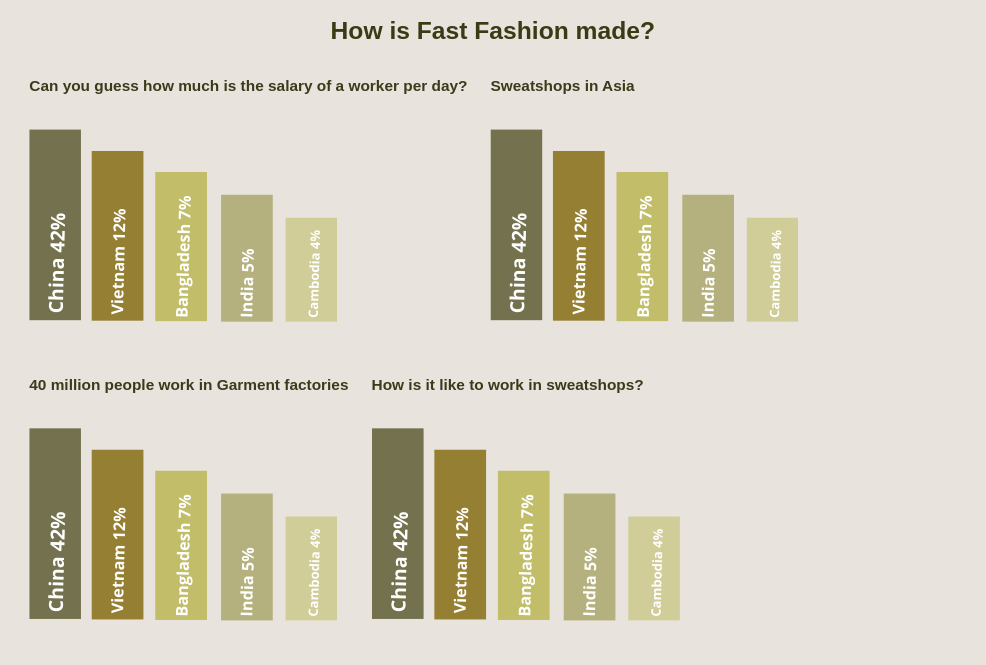
Repository: DevOfHockey/mdia-2190-midterm
Page: fashionlabor.html
The author's editor kept a copy of each file at every save. The page is drawn from the files as they stood at one save, then again after the next save.
The browser window is 1280 px wide. The pictures show the whole page, at 77% of full size.

Above is the page before, as saved 2022-03-01 18:40:21.
Console error: TypeError: Cannot set properties of null (setting 'src')

### fashionlabor.html
<!DOCTYPE html>
<html>
  <head>
    <title>Fashion Labor</title>
    <script src="comps/header.js"></script>
    <script src="comps/subheading.js"></script>
    <script src="comps/infobox.js"></script>
  </head>
  <!-- CSS STYLESHEET -->
  <style>
    body {
        background-color: #e8e3dc;
        text-align: center;
        font-family: Arial, Helvetica, sans-serif;
        }
    .left {
        display: flex;
        flex-direction: row;
        flex-wrap: wrap;
    }
</style>

<!-- HTML -->
<!-- Header -->
  <body>
    <the-header
      name="Sample Header">
    </the-header>
    <the-subheading
      name="Sample Sub-heading">
    </the-subheading>

<!-- Images with Info-->
    <div class="left">
    <the-info
      name="Can you guess how much is the salary of a worker per day?">
    </the-info>
    <the-info
      name="Sweatshops in Asia">
    </the-info>



    <the-info
      name="40 million people work in Garment factories">
    </the-info>
    <the-info
      name="How is it like to work in sweatshops?">
    </the-info>
    </div>
  </body>
</html>

### comps/header.js
var template_header = document.createElement("template"); //<template> </template> RULE

//To-do - CREATE THE UI HERE!
template_header.innerHTML = `
<div class = "header">
<h1> How is Fast Fashion made? </h1>
</div>
<style>
h1 {
    color: #393b14;
}
</style>
`;

//MUST HAVE - CREATE A CLASS WITH HTMLELEMENT POWERS (interfaces/functionalities)
class TheHeader extends HTMLElement {

    //MUST HAVE - CREATE A CONSTRUCTOR TO DO INITAL ASSOCIATIONS
    constructor(){
        super(); //pass on the HTMLElement super powers!
        this.attachShadow({mode:"open"}) //Attach it to the shadowRoot

        //To-do - CREATE THE STATES FOR THE UI HERE!
    }

    //MUST HAVE - FUNCTION THAT RUNS AFTER IT'S CONNECTED
    connectedCallback(){
        this.shadowRoot.appendChild(template_header.content.cloneNode(true)); //use the template to make a clone
    }

    //To-do - CREATE THE FUNCTIONALITIES HERE!
}

//MUST HAVE - define the tag for the custom elements
customElements.define("the-header", TheHeader)

### comps/infobox.js
//MUST HAVE - CREATE A TEMPLATE TAG
var template_info = document.createElement("template"); //<template> </template> RULE

//To-do - CREATE THE UI HERE!
template_info.innerHTML = `
<div id = "info_cont">
<h3>Info Title<h3>
<img id='image' src='/imgs/sweatshopsgraph.svg' />
</div>

<style>
h3 {
    font-size: 20px;
    font-weight: bold;
    color: #393B1A;
    text-align: left;
    margin-left: 30px;
}

#image {
    width: 400px;
    height: 300px;
}
`;

//MUST HAVE - CREATE A CLASS WITH HTMLELEMENT POWERS (interfaces/functionalities)
class TheInfo extends HTMLElement {

    //MUST HAVE - CREATE A CONSTRUCTOR TO DO INITAL ASSOCIATIONS
    constructor(){
        super(); //pass on the HTMLElement super powers!
        this.attachShadow({mode:"open"}) //Attach it to the shadowRoot

        //To-do - CREATE THE STATES FOR THE UI HERE!
    }

    //MUST HAVE - FUNCTION THAT RUNS AFTER IT'S CONNECTED
    connectedCallback(){
        this.shadowRoot.appendChild(template_info.content.cloneNode(true)); //use the template to make a clone
        //console.log(this.getAttribute("name"))
        if(this.getAttribute("name"))
        this.shadowRoot.querySelector("#info_cont > h3").innerText = this.getAttribute("name");
        this.shadowRoot.querySelector("#info_cont > image").src = this.getAttribute("img");

    }

    //To-do - CREATE THE FUNCTIONALITIES HERE!
}

//MUST HAVE - define the tag for the custom elements
customElements.define("the-info", TheInfo)

Loaded but not shown: comps/subheading.js (no copy from this time; the picture is the same without it)

After the next save:
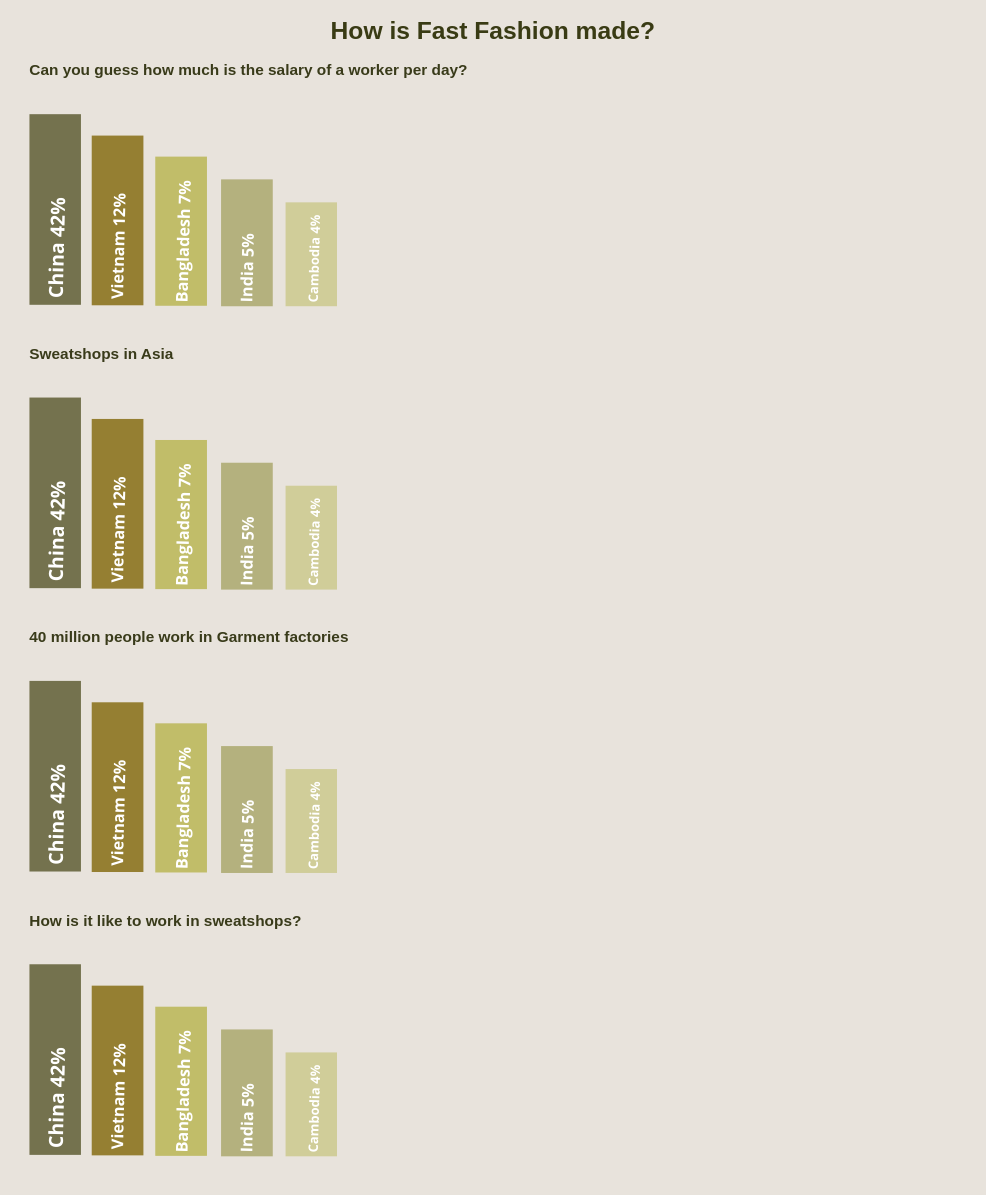
Saved 24 s later.
--- a/fashionlabor.html
+++ b/fashionlabor.html
@@ -13,10 +13,8 @@
         text-align: center;
         font-family: Arial, Helvetica, sans-serif;
         }
-    .left {
+    .right {
         display: flex;
-        flex-direction: row;
-        flex-wrap: wrap;
     }
 </style>
 
@@ -38,7 +36,7 @@
     <the-info
       name="Sweatshops in Asia">
     </the-info>
-
+    </div>
 
 
     <the-info
